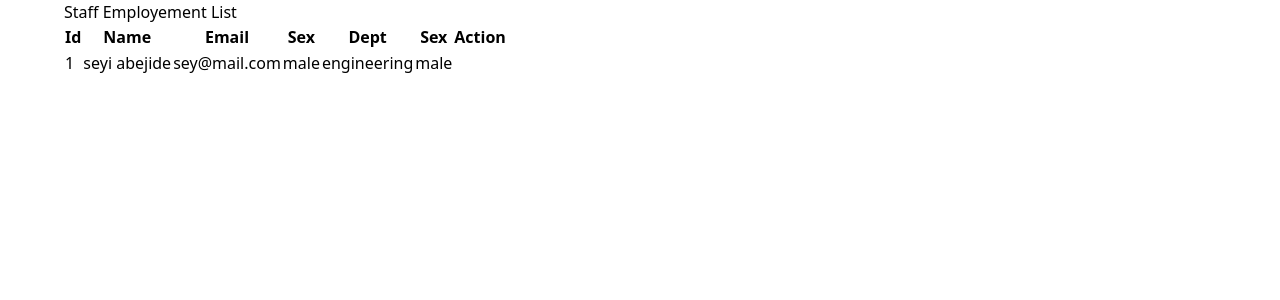
Repository: Semanmernstack/crud
Page: /
The author's editor kept a copy of each file at every save. The page is drawn from the files as they stood at one save, then again after the next save.
The browser window is 1280 px wide. The pictures show the whole page.
The project was rebuilt for these pictures with package versions that can differ from the ones it lists, and the page was loaded fresh each time. Also part of the build but not shown: src/Details.js, src/Create.js, src/Edit.js.

Above is the page before, as saved 2022-12-23 02:57:46.

After the next save:
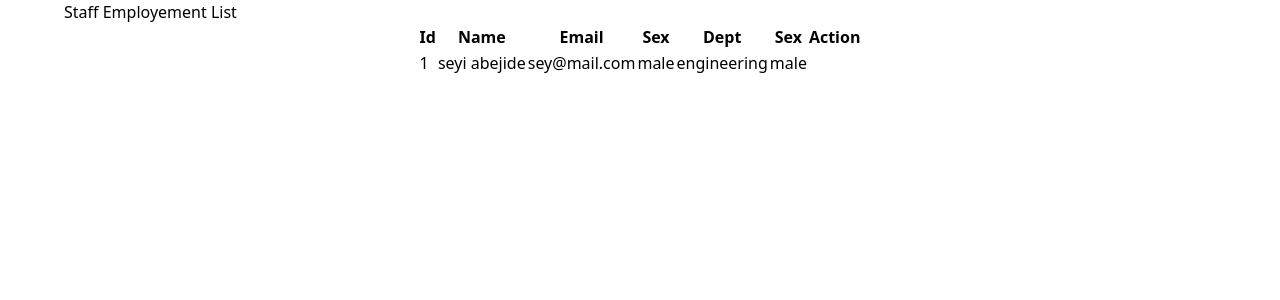
Saved 3 min 1 s later.
--- a/src/List.js
+++ b/src/List.js
@@ -6,7 +6,7 @@ function List() {
 
         <p>Staff Employement List</p>
 
-        <table className="table-auto" >
+        <table className="table-auto max-w-5xl mx-auto" >
             <thead>
                 <tr>
                     <th>Id</th>

After the save that followed:
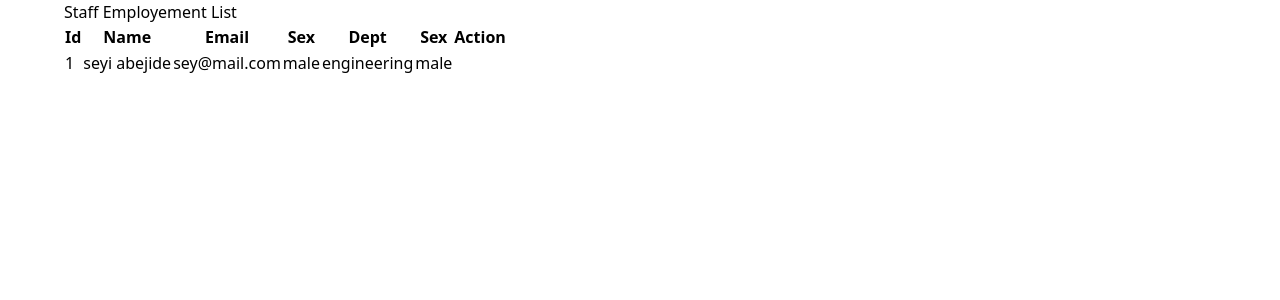
Saved 21 s later.
--- a/src/List.js
+++ b/src/List.js
@@ -6,7 +6,7 @@ function List() {
 
         <p>Staff Employement List</p>
 
-        <table className="table-auto max-w-5xl mx-auto" >
+        <table className="table-auto " >
             <thead>
                 <tr>
                     <th>Id</th>
